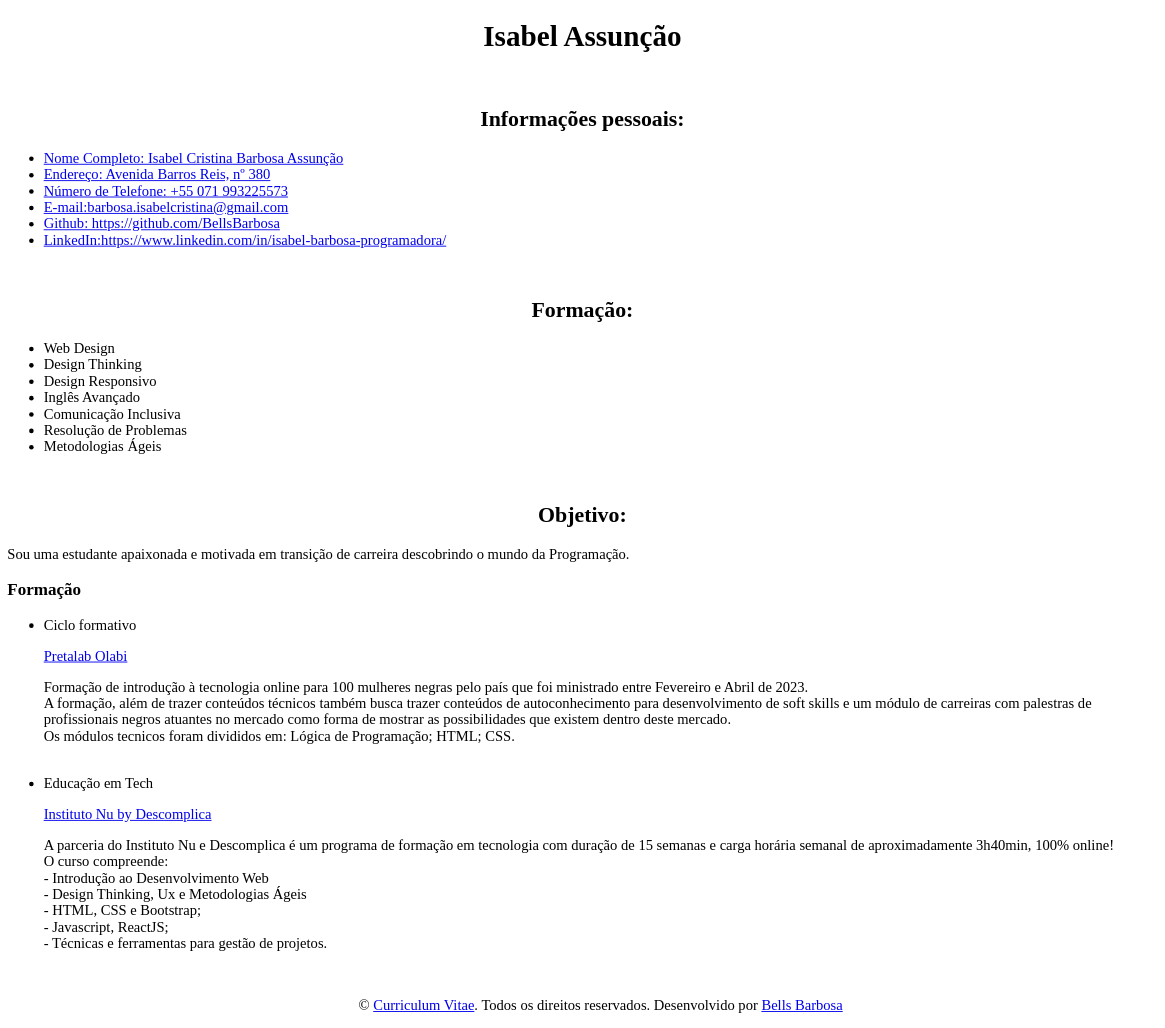
Repository: BellsBarbosa/EXERC-CIOS-ENT
Page: CV.HTML
The author's editor kept a copy of each file at every save. The page is drawn from the files as they stood at one save, then again after the next save.
The browser window is 1280 px wide. The pictures show the whole page, at 91% of full size.

Above is the page before, as saved 2023-07-04 16:04:03.

After the next save:
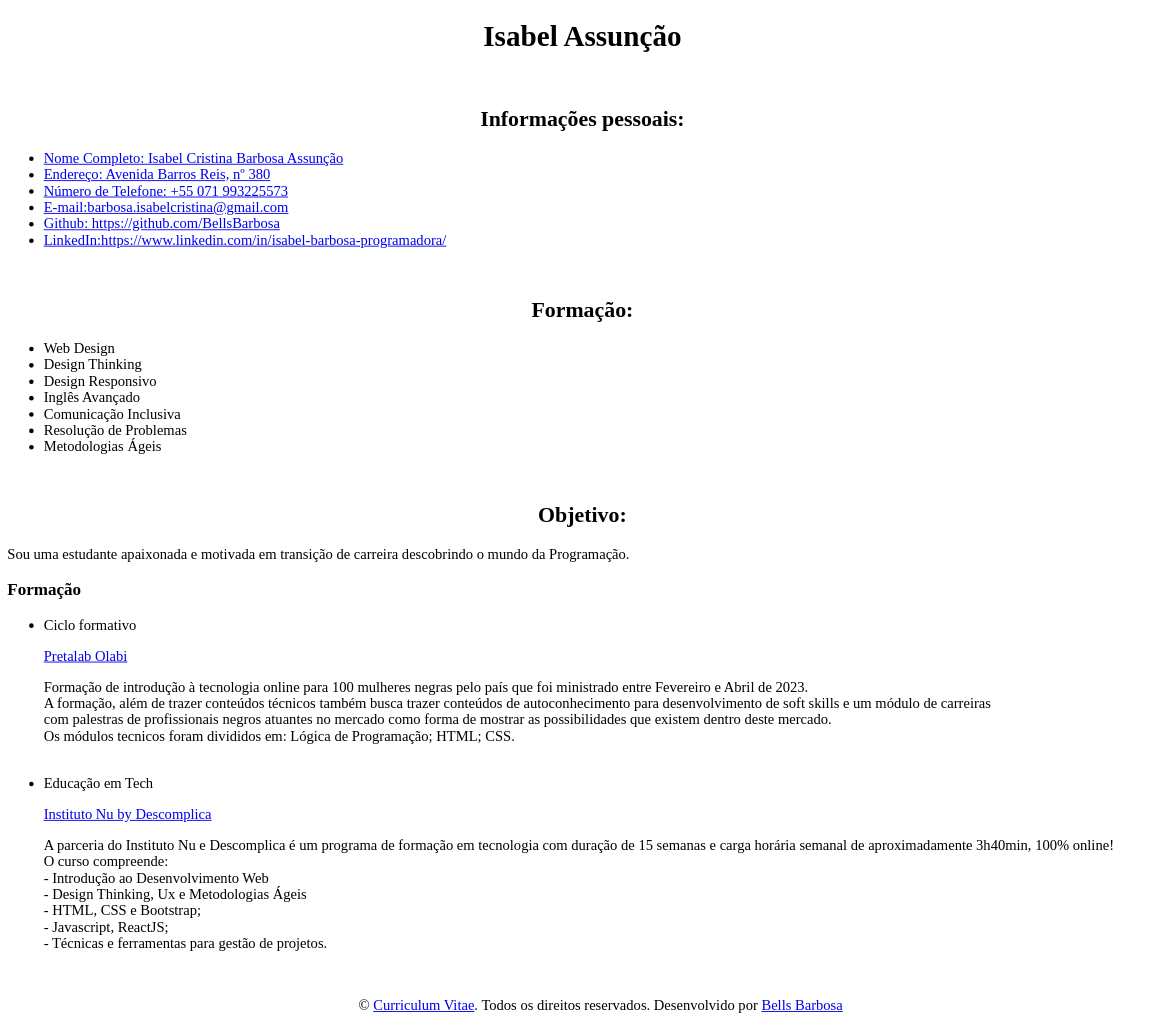
Saved 9 s later.
--- a/CV.HTML
+++ b/CV.HTML
@@ -69,7 +69,7 @@
                                     ministrado entre Fevereiro e Abril de 2023.</br> A formação, além de trazer
                                     conteúdos
                                     técnicos também busca trazer conteúdos de autoconhecimento para
-                                    desenvolvimento de soft skills e um módulo de carreiras com palestras de
+                                    desenvolvimento de soft skills e um módulo de carreiras <br> com palestras de
                                     profissionais
                                     negros atuantes no mercado como forma de mostrar as possibilidades que existem
                                     dentro
